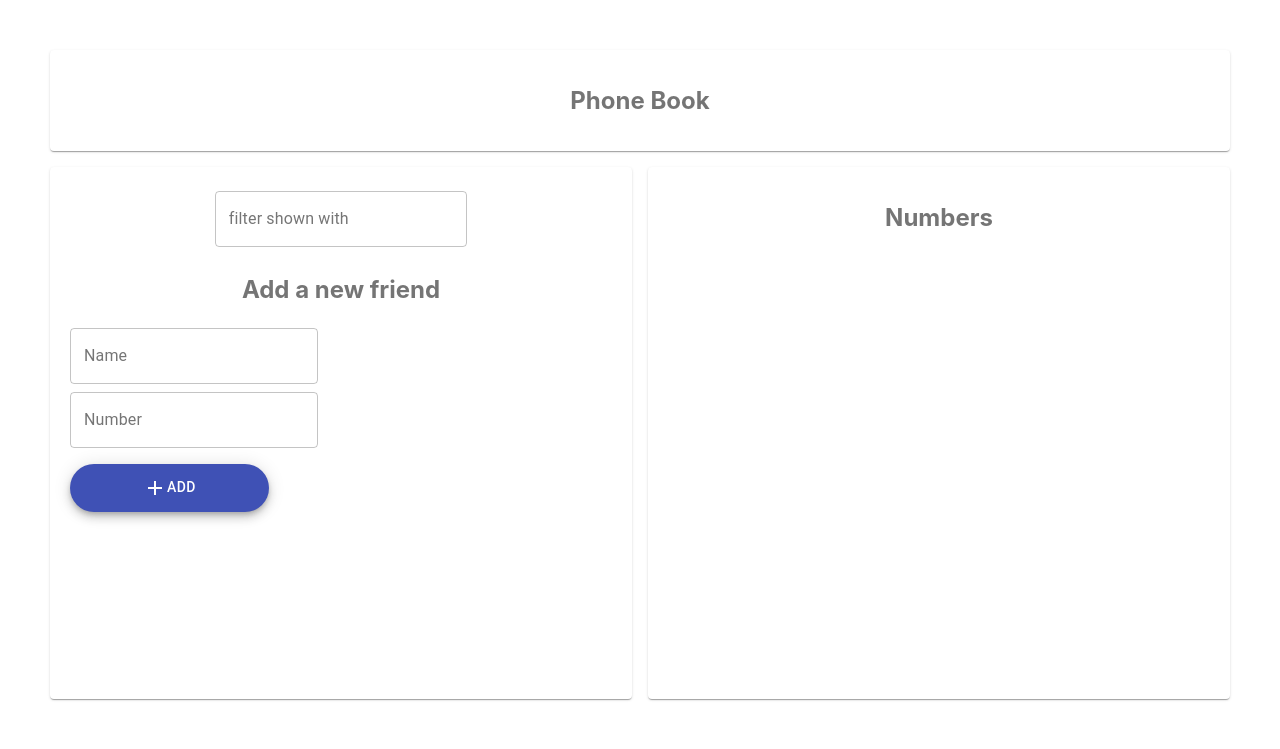
Repository: StacyLafume/phone-book
Page: / (app in phone-book/)
An editor plug-in stored every save of this project. The page is shown before and after the next save, followed by the edit.
The browser window is 1280 px wide. The pictures show the whole page.
The page's requests for data from a server got no answer. The project was rebuilt for these pictures with package versions that can differ from the ones it lists, and the page was loaded fresh each time. No one was signed in, and anything a server would have sent is missing. Also part of the build but not shown: phone-book/src/PhoneBook.js.

Above is the page before, as saved 2021-04-02 01:16:55.

### phone-book/src/App.js
import React, { useState, useEffect } from "react";
// importing a modual personsService
import personsService from "./Service/person";
import Filter from "./Filter";
import Notification from "./Notification";
import PersonForm from "./PersonForm";
import PhoneBook from "./PhoneBook";
import { makeStyles } from '@material-ui/core/styles';
import Paper from '@material-ui/core/Paper';
import Grid from '@material-ui/core/Grid';
import Box from '@material-ui/core/Box';
import List from '@material-ui/core/List';


const App = () => {
  const [persons, setPersons] = useState([]);
  const [newName, setNewName] = useState("");
  const [newNumber, setNewNumber] = useState("");
  const [showFilter, setshowFilter] = useState("");
  const [notification, setNotification] = useState(null);
  const [success, setSuccess] = useState(null);

  const useStyles = makeStyles((theme) => ({
    root: {
      flexGrow: 1,
      margin: 50,

    },
    paper: {
      padding: theme.spacing(2),
      justifyItems: 'center',
      color: theme.palette.text.secondary,
      overflow: 'auto',
      height: 500,

    },
    header1: {
      padding: theme.spacing(2),
      justifyItems: 'center',
      color: theme.palette.text.secondary,
      overflow: 'auto',
      textAlign: 'center'
    }
  }));

  // show data on the screen
  useEffect(() => {
    personsService
      .getAll()
      .then(response => {
        setPersons(response);
      })
      .catch(error => showMessage("Could not retrieve data", false));
  }, []);

  const addNewName = e => {
    e.preventDefault();
    const personObject = {
      name: newName,
      number: newNumber
    };

    //console.log('persons.some(e => e.name === newName)',persons.some(e => e.name === newName))

    // if name is already in phone book return true and alert user
    if (persons.some(e => e.name === newName)) {

      // first name equal to that name
      let personId = persons.find(item => item.name === newName);

      // assigning whats in person obj to person id to update the entry
      let updatedEntry = Object.assign(personId, personObject);

      // alert the user  to update name  and / or  number
      if (
        window.confirm(
          `Do you want to update ${newName} with number ${newNumber}?`
        )
      ) {
        // based on the condition it will make put request to update
        personsService
          .update(personId.id, personObject)
          .then(() => {
            setPersons(
              // map through persons check if name is equal to new name
              //and either return updatedEntry or item
              persons.map(item => (item.name === newName ? updatedEntry : item))
            );
            // reset inputs
            setNewName("");
            setNewNumber("");
            // alert user of the changes
            showMessage(`User ${newName} phone number updated`);
          })
          .catch(error => {
            showMessage(
              `Update failed. User ${newName} has already been removed from the phone book.`,
              false
            );
            setPersons(persons.filter(n => n.name !== newName));
          });
      }
    } else {
      // if number is already in phone book return true and alert user
      if (persons.some(e => e.number === newNumber)) {
        showMessage(`# ${newNumber} is already in the phone book.`, false);
      } else {
        // check if inputs are empty and set show message
        if (newName === "" || newNumber === "") {
          showMessage(`The name and number must not be empty`, false);
        } else {
          // add personObject to the data base
          personsService
            .create(personObject)
            .then(returnedPerson => {
              setPersons(persons.concat(returnedPerson));
              // reset inputs
              setNewName("");
              setNewNumber("");
              // alert user
              showMessage(`User ${newName} has been added to the phone book`);
            })
            .catch(error => {
              console.log(error.response.data.error)
              return showMessage(
                `Failed to add number. More about error: ${error.response.data.error
                }`,
                false
              );
            });
          // make a get requests of updated data
          personsService
            .getAll()
            .then(response => {
              setPersons(response);
            })
            .catch(error => showMessage("Could not retrieve data", false));
        }
      }
    }
  };

  const removeEntry = person => {
    // if user clicks yes to remove
    if (window.confirm(`Remove ${person.name}?`)) {
      // call delete request with id that needs to be deleted
      personsService
        .remove(person.id)
        .then(() => {
          // setPerson to filtered array of every preson but the deleted person
          setPersons(persons.filter(item => item.id !== person.id));
          showMessage(`${person.name} has been removed from the phone book`);
        })
        .catch(error => {
          showMessage(
            `Removal failed. User ${person.name
            } has already been removed from the phone book.`,
            false
          );
          // make a get requests of updated data
          personsService
            .getAll()
            .then(response => {
              setPersons(response);
            })
            .catch(error => showMessage("Could not retrieve data", false));
        });
    }
  };

  // tracking values in the name input
  const handleNameChange = e => {
    // console.log(e.target.value);
    setNewName(e.target.value);
  };

  // tracking values in the number input
  const handleNumberChange = e => {
    setNewNumber(e.target.value);
  };

  const showMessage = (message, successNotification = true) => {
    // sets notication based on the true or false given by the condiyion it was called in
    setNotification(message);
    // boolean value if the rquest was successful or not
    setSuccess(successNotification);

    // the notification will stay on browser for 3 sec
    setTimeout(() => {
      setNotification(null);
      setSuccess(null);
    }, 3000);
  };

  const classes = useStyles();
  return (

    <Box className={classes.root}>
      <Grid container spacing={2}>
      <Grid item xs={12}>
      <Paper className={classes.header1}>
        <h2>Phone Book</h2>
        </Paper>
        </Grid>
        <Grid item xs={6}>
          <Paper className={classes.paper}>

            <Notification notification={notification} success={success} />
            <Filter showFilter={showFilter} setshowFilter={setshowFilter} />
            <h2>Add a new friend</h2>
            <PersonForm
              addNewName={addNewName}
              newName={newName}
              handleNameChange={handleNameChange}
              handleNumberChange={handleNumberChange}
            />
          </Paper>
        </Grid>
        <Grid item xs={6}>
          <Paper className={classes.paper}>
            <h2>Numbers</h2>
            <List>
              <PhoneBook
                persons={persons}
                showFilter={showFilter}
                removeEntry={removeEntry}
              />
            </List>
          </Paper>
        </Grid>
      </Grid>
    </Box>
  );
};

export default App;

### phone-book/src/Service/person.js
import axios from "axios";

//const baseUrl = "http://localhost:3003/persons";
const baseUrl = 'api/persons';

// get rquest for all of json datas
const getAll = () => {
  const request = axios.get(baseUrl);
  return request.then(response => response.data);
};

// post request to add new entry
const create = newObject => {
  const request = axios.post(baseUrl, newObject);
  return request.then(response => response.data)
};

// put request to update json db
const update = (id, newObject) => {
  const request = axios.put(`${baseUrl}/${id}`, newObject);
  return request.then(response => response.data);
};

// delete request to delete from json data base
const remove = id => {
  const request = axios.delete(`${baseUrl}/${id}`);
  return request.then(response => response.data);
};


// exporting all of the functions
export default {
  getAll: getAll,
  create: create,
  update: update,
  remove: remove
};

### phone-book/src/Filter.js
import React from "react";
import { makeStyles } from '@material-ui/core/styles';
import TextField from '@material-ui/core/TextField';

const Filter = ({ showFilter, setshowFilter }) => {
  const useStyles = makeStyles((theme) => ({
    root: {
      '& > *': {
        margin: theme.spacing(1),
        width: '25ch',
      },
    },
  }));
  const classes = useStyles();
  const filterPersons = e => {
    setshowFilter(e.target.value);
  };

  return (
    <div className={classes.root}>
      <TextField id="outlined-basic" value={showFilter} label="filter shown with" variant="outlined"onChange={filterPersons} />
    </div>
  );
};

export default Filter;

### phone-book/src/Notification.js
import React from "react";

const Notification = ({ notification, success }) => {
  // console.log(notification);
  // console.log(success);

  // if there is no notification return null
  if (notification === null) {
    return null;
  }

  // if success renders the paticular (inLine) style
  if (success)
    return (
      <div className="success" style={styles.success}>
        {notification}
      </div>
    );
  else
    return (
      <div className="success" style={styles.fail}>
        {notification}
      </div>
    );
};

var styles = {
  success: {
    color: "green",
    background: "white",
    fontSize: 20,
    borderStyle: "solid",
    borderRadius: 5,
    padding: 10,
    marginBottom: 10
  },
  fail: {
    color: "red",
    background: "white",
    fontSize: 20,
    borderStyle: "solid",
    borderRadius: 5,
    padding: 10,
    marginBottom: 10
  }
};

export default Notification;

### phone-book/src/PersonForm.js
import React from "react";
import { makeStyles } from '@material-ui/core/styles';
import TextField from '@material-ui/core/TextField';
import Grid from '@material-ui/core/Grid';
import Fab from '@material-ui/core/Fab';
import AddIcon from '@material-ui/icons/Add';



const PersonForm = ({
  newName,
  newNumber,
  addNewName,
  handleNameChange,
  handleNumberChange
}) => {
  const useStyles = makeStyles((theme) => ({
    root: {
      '& > *': {
        margin: theme.spacing(1),
        width: '25ch',
      },
    },
    press: {
      margin: {
        margin: theme.spacing(1),
      },
      extendedIcon: {
        marginRight: theme.spacing(1),
      },
    }
  }));
  const classes = useStyles();
  return (
    <Grid container spacing={1}>
      <form onSubmit={addNewName} className={classes.root} noValidate autoComplete="off">

        {/* calls the function tracking values in the name input */}
        {/* name: <input value={newName} onChange={handleNameChange} /> */}
        <Grid item xs={12}>
        <TextField id="outlined-basic" label="Name" value={newName} onChange={handleNameChange} variant="outlined" />
        </Grid>
        <Grid item  xs={12}>
        {/* calls the function tracking values in the number input */}
        <TextField id="outlined-basic" value={newNumber} onChange={handleNumberChange} label="Number" variant="outlined" />
        </Grid>
        {/* calls the create request to add name and number */}
        <Fab variant="extended" color="primary" aria-label="add" className={classes.margin} type="submit">
          <AddIcon className={classes.extendedIcon} />
         Add
        </Fab>
      </form>
      </Grid>

  );
};


export default PersonForm;

Loaded but not shown: phone-book/public/index.html (common file); phone-book/src/index.js (common file); phone-book/src/index.css (common file)

After the next save:
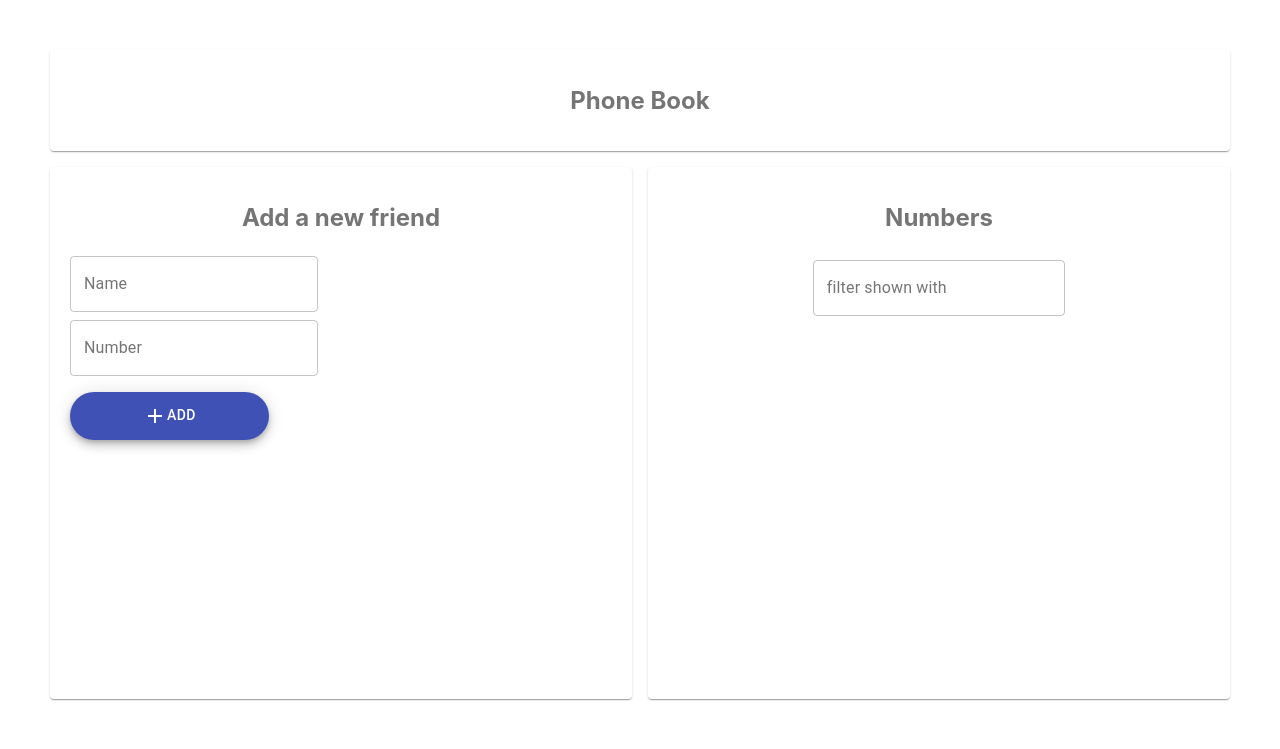
Saved 72 s later.
--- a/phone-book/src/App.js
+++ b/phone-book/src/App.js
@@ -205,8 +205,7 @@ const App = () => {
         <Grid item xs={6}>
           <Paper className={classes.paper}>
 
-            <Notification notification={notification} success={success} />
-            <Filter showFilter={showFilter} setshowFilter={setshowFilter} />
+
             <h2>Add a new friend</h2>
             <PersonForm
               addNewName={addNewName}
@@ -219,6 +218,8 @@ const App = () => {
         <Grid item xs={6}>
           <Paper className={classes.paper}>
             <h2>Numbers</h2>
+            <Notification notification={notification} success={success} />
+            <Filter showFilter={showFilter} setshowFilter={setshowFilter} />
             <List>
               <PhoneBook
                 persons={persons}
